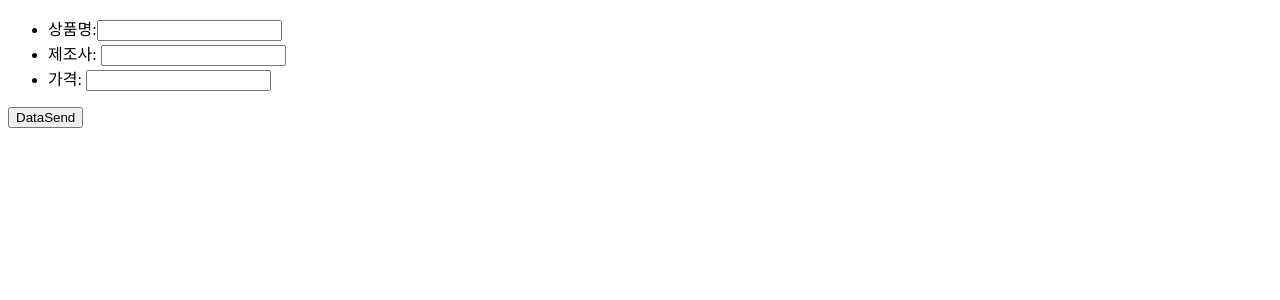
Repository: hamham1210/JavaStudy
Page: http://localhost/workshop01/form.jsp
The author's editor kept a copy of each file at every save. The page is drawn from the files as they stood at one save, then again after the next save.
The browser window is 1280 px wide. The pictures show the whole page.
The page is served by Tomcat 9. Nobody is signed in. The application's start-up code is not run.

Above is the page before, as saved 2024-10-02 08:59:20.

After the next save:
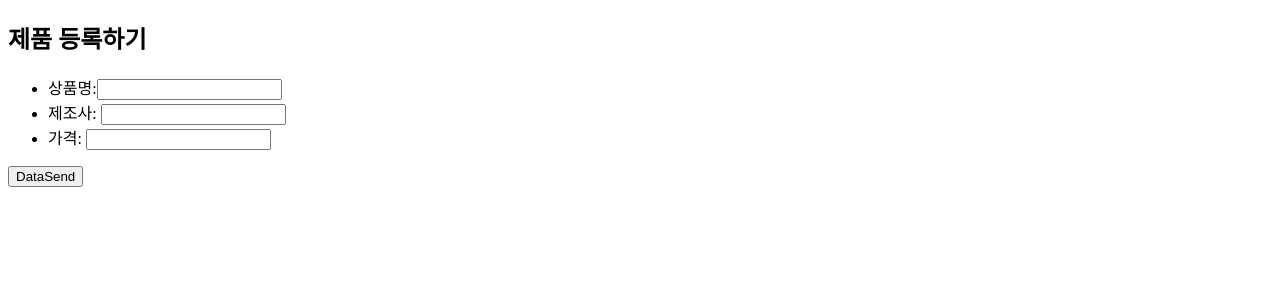
Saved 47 s later.
--- a/workshop01/src/main/webapp/form.jsp
+++ b/workshop01/src/main/webapp/form.jsp
@@ -7,6 +7,7 @@
 <title>Insert title here</title>
 </head>
 <body>
+<h2>제품 등록하기</h2>
 	<form action="insert.do" method="post">
 				<ul>
 			<li>상품명:<input type="text" id="name" name="name"></li>
